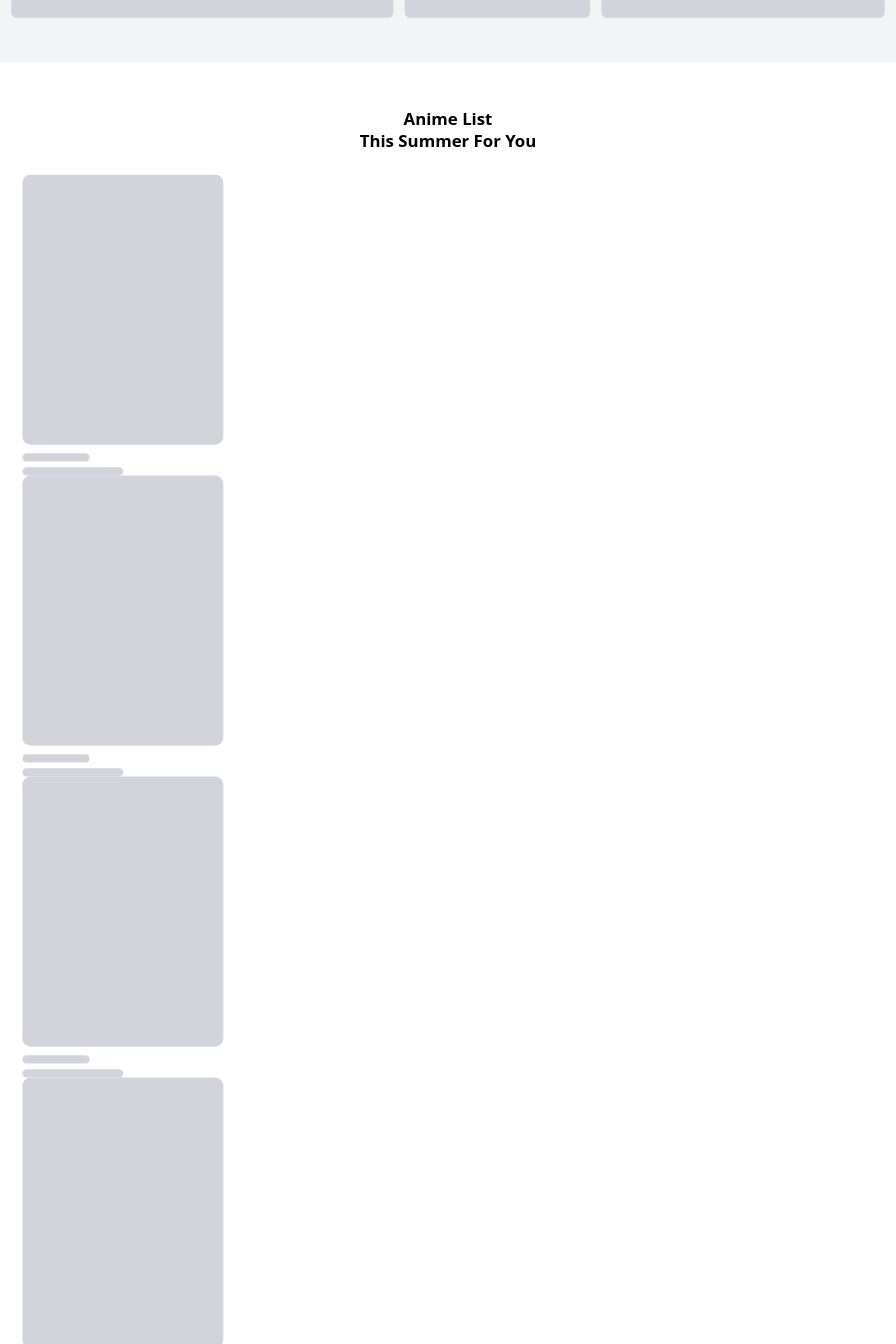
Repository: farrelmuhammad/anime-collections
Page: /
An editor plug-in stored every save of this project. The page is shown before and after the next save, followed by the edit.
The browser window is 1280 px wide. The pictures show the part of the page from y = 758 to 2678 px (the page is 3652 px tall before and 1502 px after), at 70% of full size.
The page's requests for data from a server got no answer. The project was rebuilt for these pictures with package versions that can differ from the ones it lists, and the page was loaded fresh each time. No one was signed in, and anything a server would have sent is missing. Also part of the build but not shown: src/App.css.

Above is the page before, as saved 2023-08-04 00:27:51.

### src/index.tsx
import React from 'react';
import ReactDOM from 'react-dom/client';
import "./assets/css/app.css";
import App from './App';
import reportWebVitals from './reportWebVitals';
import { BrowserRouter } from 'react-router-dom';

const root = ReactDOM.createRoot(
  document.getElementById('root') as HTMLElement
);
root.render(
  <React.StrictMode>
    <BrowserRouter>
      <App />
    </BrowserRouter>
  </React.StrictMode>
);

// If you want to start measuring performance in your app, pass a function
// to log results (for example: reportWebVitals(console.log))
// or send to an analytics endpoint. Learn more: https://bit.ly/CRA-vitals
reportWebVitals();

### src/assets/css/app.css
@import url("https://fonts.googleapis.com/css2?family=Open+Sans:wght@300;400;600&display=swap");
@tailwind base;
@tailwind components;
@tailwind utilities;

/* body {
  background-color: #16181f;
} */

/* utils */

.grid {
  grid-auto-flow: row dense;
  grid-auto-rows: minmax(180px, auto);
}

.stretched-link {
  @apply absolute inset-0 z-10;
}

/* card */

.card .card-shadow {
  @apply transition duration-300 shadow-none h-full;
}

.card:hover .card-shadow {
  @apply shadow-lg;
}

/* overlay */

.overlay {
  @apply absolute;
}

.overlay * {
  @apply transition-all duration-200;
}

.overlay.hoverable > * {
  @apply opacity-0;
}

.overlay.hoverable:hover > * {
  @apply opacity-100;
}

.overlay .video {
  @apply absolute transform bg-blue-200 bg-no-repeat bg-center w-20 h-20 rounded-full items-center justify-center flex -translate-x-1/2 -translate-y-1/2;
  background-image: url("../images/content/icon-play.svg#icon-play");
  top: 50%;
  left: 50%;
}

@media only screen and (max-width: 768px) {
  .hero .hero-image,
  .hero .hero-caption {
    min-height: 90vh;
  }
  .hero .hero-cta {
    @apply w-12 h-12;
    transform: translateX(-75px) translateY(-50%);
    background-size: 37.5%;
  }
}

/* breadcrumb */

ul.breadcrumb {
  @apply flex flex-row items-center text-lg;
}

ul.breadcrumb li:not(:last-child):after {
  content: "/";
  @apply px-4;
}

ul.breadcrumb li:not(:last-child) a {
  @apply font-light;
}

ul.breadcrumb li:last-child a {
  @apply font-semibold;
}

/* slider */

.slider {
  @apply flex my-4 flex-col;
}

.slider .thumbnail {
  @apply w-screen order-last -mx-2 overflow-auto flex pl-4;
}

.slider .thumbnail .item {
  @apply rounded relative rounded-lg mb-4 cursor-pointer;
  width: 106px;
  height: 106px;
}

.slider .thumbnail .item:after {
  content: "";
  @apply transition duration-200 absolute inset-0 bg-black bg-opacity-0 border-2 border-black border-opacity-0 rounded-lg;
}

.slider .thumbnail .item.selected:after {
  content: "";
  @apply bg-opacity-25 border-opacity-100;
}

.slider .preview {
  @apply mb-4 px-4;
  height: 320px;
}

@media only screen and (min-width: 768px) {
  .slider {
    @apply flex-row;
  }
  .slider .thumbnail {
    @apply w-auto order-first block overflow-visible pl-0;
  }
  .slider .preview {
    height: 600px;
    width: 560px;
  }
}

a.cart svg g circle.dot {
  @apply hidden;
}

a.cart.cart-filled svg g circle.dot {
  @apply block;
}

button[disabled] {
  @apply bg-gray-300 hover:bg-gray-300 text-gray-400 hover:text-gray-400 cursor-not-allowed;
}

section:not(.bg-gray-100) + section.sitemap > div {
  @apply border-t;
}

### src/App.tsx
import React from 'react';
import logo from './logo.svg';
import './App.css';
import { Routes, Route } from 'react-router-dom';
import Home from './pages/Home';

function App() {
  return (
    <>
      <Routes>
        <Route path="/" element={<Home />} />
      </Routes>
    </>
  );
}

export default App;

### src/pages/Home.tsx
import React from 'react'
import Header from '../parts/Header'
import Hero from '../parts/Home/Hero'
import Categories from '../parts/Home/Categories'
import AnimeList from '../parts/Home/AnimeList'

const Home = () => {
    return (
        <>
            <Header theme="white" position="absolute" />
            <Hero />
            <Categories />
            <AnimeList />
        </>
    )
}

export default Home

### src/parts/Home/Hero.tsx
import React, { useState, useEffect } from "react";
import axios from "axios";

const Hero: React.FC = () => {
    const [randomImage, setRandomImage] = useState<string | null>(null);

    useEffect(() => {
        fetchRandomAnimeImage();
    }, []);

    const fetchRandomAnimeImage = async () => {
        try {
            const response = await axios.get("https://picsum.photos/800/600");
            console.log(response.request.responseURL);
            setRandomImage(response.request.responseURL);
        } catch (error) {
            console.error("Error fetching random image:", error);
        }
    };

    return (
        <section className="flex items-center hero">
            <div className="w-full absolute z-20 inset-0 md:relative md:w-1/2 text-center flex flex-col justify-center hero-caption">
                <h1 className="text-3xl md:text-5xl leading-tight font-semibold">
                    The Room <br className="" />
                    You've Dreaming
                </h1>
                <h2 className="px-8 text-base md:px-0 md:text-lg my-6 tracking-wide">
                    Kami menyediakan furniture berkelas yang
                    <br className="hidden lg:block" />
                    membuat ruangan terasa homey
                </h2>
                <div>
                    <a
                        href="#browse-the-room"
                        className="bg-red-500 text-black hover:bg-black hover:text-red-400 rounded-full px-8 py-3 mt-4 inline-block flex-none transition duration-200"
                    >
                        Explore Now
                    </a>
                </div>
            </div>
            <div className="w-full inset-0 md:relative md:w-1/2">
                <div className="relative hero-image">
                    <div className="overlay inset-0 bg-black opacity-35 z-10"></div>
                    <div className="overlay right-0 bottom-0 md:inset-0">
                        <button
                            className="video hero-cta focus:outline-none z-30 modal-trigger"
                            data-content='<div class="w-screen pb-56 md:w-88 md:pb-56 relative z-50">
              <div class="absolute w-full h-full">
                <iframe
                  width="100%"
                  height="100%"
                  src="https://www.youtube.com/embed/3h0_v1cdUIA"
                  frameborder="0"
                  allow="accelerometer; autoplay; clipboard-write; encrypted-media; gyroscope; picture-in-picture"
                  allowfullscreen
                ></iframe>
              </div>
            </div>'
                        ></button>
                    </div>
                    {randomImage && ( // Add this condition to render the image only when randomImage is not null
                        <img
                            src={randomImage}
                            alt="hero 1"
                            className="absolute inset-0 md:relative w-full h-full object-cover object-center"
                        />
                    )}
                </div>
            </div>
        </section>
    );
};

export default Hero;

### src/parts/Home/Categories.tsx
import React, { useEffect } from "react";
// import useAsync from "../../helpers/hooks/useAsync";
import fetch from "../../helpers/fetch";

interface Category {
    id: number;
    title: string;
    imageUrl: string;
    products: number;
    ratio: {
        default: string;
        md: string;
    };
}

interface CategoriesProps { }

function Loading({ ratio }: { ratio: any }) {
    const dummy = [
        {
            id: 1,
            ratio: {
                default: "1/9",
                md: "1/4",
            },
        },
        {
            id: 2,
            ratio: {
                default: "1/9",
                md: "2/2",
            },
        },
        {
            id: 3,
            ratio: {
                default: "1/9",
                md: "2/3",
            },
        },
        {
            id: 4,
            ratio: {
                default: "1/9",
                md: "1/4",
            },
        },
    ];

    return (
        <>
            {dummy.map((item, index) => (
                <div
                    key={item.id}
                    className={`relative card ${ratio?.wrapper.default?.[item.ratio.default]
                        } ${ratio?.wrapper.md?.[item.ratio.md]}`}
                    style={{ height: index === 0 ? 180 : "auto" }}
                >
                    <div className="bg-gray-300 rounded-lg w-full h-full">
                        <div className={`overlay  ${ratio?.meta?.[item.ratio.md]}`}>
                            <div className="w-24 h-3 bg-gray-400 mt-3 rounded-full"></div>
                            <div className="w-36 h-3 bg-gray-400 mt-2 rounded-full"></div>
                        </div>
                    </div>
                </div>
            ))}
        </>
    );
}

const Categories: React.FC<CategoriesProps> = () => {
    // const { data, status, error, run, isLoading } = useAsync<{ data: Category[] }>();

    // useEffect(() => {
    //     run(
    //         fetch({
    //             url: "/api/categories/?page=1&limit=4",
    //         })
    //     );
    // }, [run]);

    const ratioClassNames = {
        wrapper: {
            default: {
                "1/9": "col-span-9 row-span-1",
            },
            md: {
                "1/4": "md:col-span-4 md:row-span-1",
                "2/2": "md:col-span-2 md:row-span-2",
                "2/3": "md:col-span-3 md:row-span-2",
            },
        },
        meta: {
            "1/9":
                "left-0 top-0 bottom-0 flex justify-center flex-col pl-48 md:pl-72",
            "1/4":
                "left-0 top-0 bottom-0 flex justify-center flex-col pl-48 md:pl-72",
            "2/2":
                "inset-0 md:bottom-auto flex justify-center md:items-center flex-col pl-48 md:pl-0 pt-0 md:pt-12",
            "2/3":
                "inset-0 md:bottom-auto flex justify-center md:items-center flex-col pl-48 md:pl-0 pt-0 md:pt-12",
        },
    };

    return (
        <section className="flex bg-gray-100 py-16 px-4" id="browse-the-room">
            <div className="container mx-auto">
                <div className="flex flex-start mb-4">
                    <h3 className="text-2xl capitalize font-semibold">
                        Anime Collections <br className="" />
                        that we designed for you
                    </h3>
                </div>
                <div className="grid grid-rows-2 grid-cols-9 gap-4">
                    {/* {isLoading ? (
                    <Loading ratio={ratioClassNames} />
                ) : (
                    data?.data.map((item, index) => {
                        return (
                            <div
                                key={item.id}
                                className={`relative card ${ratioClassNames?.wrapper.default?.[item.ratio.default]
                                    } ${ratioClassNames?.wrapper.md?.[item.ratio.md]}`}
                                style={{ height: index === 0 ? 180 : "auto" }}
                            >
                                <div className="card-shadow rounded-xl">
                                    <img
                                        src={`../../assets/images/content/${item.imageUrl}`}
                                        alt={item.title}
                                        className="w-full h-full object-cover object-center overlay overflow-hidden rounded-xl"
                                    />
                                </div>
                                <div
                                    className={`overlay  ${ratioClassNames?.meta?.[item.ratio.md]
                                        }`}
                                >
                                    <h5 className="text-lg font-semibold">{item.title}</h5>
                                    <span className="">
                                        {item.products} item{item.products > 1 ? "s" : ""}
                                    </span>
                                </div>
                            </div>
                        );
                    })
                )} */}
                    <Loading ratio={ratioClassNames} />
                </div>
            </div>
        </section>
    );
};

export default Categories;

### src/parts/Home/AnimeList.tsx
import React, { useEffect, useRef } from "react";
// import useAsync from "../../helpers/hooks/useAsync";
import fetch from "../../helpers/fetch";
import { Link } from "react-router-dom";
// import Carousel from "../../components/Carousel";

interface Product {
    id: number;
    title: string;
    imageUrl: string;
    price: number;
    idc: number;
}

function Loading() {
    return (
        <>
            {Array(6)
                .fill(null)
                .map((_, index) => {
                    return (
                        <div className="px-4 relative card group" key={index}>
                            <div
                                className="rounded-xl bg-gray-300 overflow-hidden card-shadow relative"
                                style={{ width: "287px", height: "386px" }}
                            ></div>
                            <div className="w-24 h-3 bg-gray-300 mt-3 rounded-full"></div>
                            <div className="w-36 h-3 bg-gray-300 mt-2 rounded-full"></div>
                        </div>
                    );
                })}
        </>
    );
}

const AnimeList: React.FC = () => {
    // const { data, error, run, isLoading } = useAsync<{ data: Product[] }>();

    const refContainer = useRef<HTMLDivElement>(null);

    // useEffect(() => {
    //     run(
    //         fetch({
    //             url: "/api/products/?page=1&limit=10",
    //         })
    //     );
    // }, [run]);

    return (
        <section className="flex flex-col py-16">
            <div className="container mx-auto mb-4">
                <div className="flex justify-center text-center mb-4">
                    <h3 className="text-2xl capitalize font-semibold">
                        Anime List <br className="" />
                        this summer for you
                    </h3>
                </div>
            </div>
            <div className="overflow-x-hidden px-4" id="carousel">
                <div className="container mx-auto" ref={refContainer}></div>
                {/* <!-- <div className="overflow-hidden z-10"> --> */}
                <Loading />

                {/* <div
                    className="flex -mx-4 flex-row relative"
                    style={{
                        paddingLeft:
                            refContainer.current?.getBoundingClientRect()?.left - 16 || 0,
                    }}
                >
                    <Loading />
                </div> */}
                {/* {isLoading ? (
                    <div
                        className="flex -mx-4 flex-row relative"
                        style={{
                            paddingLeft:
                                refContainer.current?.getBoundingClientRect()?.left - 16 || 0,
                        }}
                    >
                        <Loading />
                    </div>
                ) : error ? (
                    JSON.stringify(error)
                ) : data.data.length === 0 ? (
                    "No Product Found"
                ) : (
                    <Carousel refContainer={refContainer}>
                        {data.data.map((item) => {
                            return (
                                <div className="px-4 relative card group" key={item.id}>
                                    <div
                                        className="rounded-xl overflow-hidden card-shadow relative"
                                        style={{ width: "287px", height: "386px" }}
                                    >
                                        <div className="absolute opacity-0 group-hover:opacity-100 transition duration-200 flex items-center justify-center w-full h-full bg-black bg-opacity-35">
                                            <div className="bg-white text-black rounded-full w-16 h-16 flex items-center justify-center">
                                                <svg
                                                    className="fill-current"
                                                    width="43"
                                                    height="24"
                                                    viewBox="0 0 43 24"
                                                    fill="none"
                                                    xmlns="http://www.w3.org/2000/svg"
                                                >
                                                    <path d="M41.6557 10.0065C39.2794 6.95958 36.2012 4.43931 32.7542 2.71834C29.2355 0.961548 25.4501 0.0500333 21.4985 0.00223289C21.3896 -0.000744296 20.9526 -0.000744296 20.8438 0.00223289C16.8923 0.050116 13.1068 0.961548 9.58807 2.71834C6.14106 4.43931 3.06307 6.9595 0.686613 10.0065C-0.228871 11.1802 -0.228871 12.8198 0.686613 13.9935C3.06299 17.0404 6.14106 19.5607 9.58807 21.2817C13.1068 23.0385 16.8922 23.95 20.8438 23.9978C20.9526 24.0007 21.3896 24.0007 21.4985 23.9978C25.45 23.9499 29.2355 23.0385 32.7542 21.2817C36.2012 19.5607 39.2793 17.0405 41.6557 13.9935C42.5712 12.8196 42.5712 11.1802 41.6557 10.0065ZM10.3576 19.7406C7.13892 18.1335 4.26445 15.7799 2.04487 12.9341C1.61591 12.3841 1.61591 11.6159 2.04487 11.0659C4.26436 8.22009 7.13883 5.86646 10.3576 4.25944C11.2717 3.80311 12.2053 3.40846 13.1561 3.07436C10.71 5.27317 9.16886 8.45975 9.16886 12C9.16886 15.5403 10.7101 18.7272 13.1564 20.9259C12.2056 20.5918 11.2718 20.197 10.3576 19.7406ZM21.1712 22.2798C15.5028 22.2798 10.8913 17.6683 10.8913 11.9999C10.8913 6.33148 15.5028 1.72007 21.1712 1.72007C26.8396 1.72007 31.4511 6.33156 31.4511 12C31.4511 17.6684 26.8396 22.2798 21.1712 22.2798ZM40.2976 12.9341C38.0781 15.7798 35.2036 18.1335 31.9849 19.7405C31.0718 20.1963 30.1388 20.5892 29.1892 20.923C31.6336 18.7243 33.1736 15.5387 33.1736 11.9999C33.1736 8.45918 31.6321 5.27218 29.1856 3.07336C30.1366 3.40755 31.0705 3.80269 31.9849 4.25928C35.2036 5.86629 38.0781 8.21993 40.2976 11.0657C40.7265 11.6158 40.7265 12.384 40.2976 12.9341Z" />
                                                    <path d="M21.1712 7.60071C18.7454 7.60071 16.772 9.57417 16.772 11.9999C16.772 14.4257 18.7454 16.3991 21.1712 16.3991C23.5969 16.3991 25.5704 14.4257 25.5704 11.9999C25.5705 9.57417 23.597 7.60071 21.1712 7.60071ZM21.1712 14.6767C19.6952 14.6767 18.4944 13.476 18.4944 11.9999C18.4944 10.5239 19.6951 9.32318 21.1712 9.32318C22.6471 9.32318 23.8479 10.5239 23.8479 11.9999C23.848 13.476 22.6471 14.6767 21.1712 14.6767Z" />
                                                </svg>
                                            </div>
                                        </div>
                                        <img
                                            src={item.imageUrl}
                                            alt=""
                                            className="w-full h-full object-cover object-center"
                                        />
                                    </div>
                                    <h5 className="text-lg font-semibold mt-4">{item.title}</h5>
                                    <span className="">IDR {item.price}</span>
                                    <Link
                                        to={`/categories/${item.idc}/products/${item.id}`}
                                        className="stretched-link"
                                    ></Link>
                                </div>
                            );
                        })}
                    </Carousel>
                )} */}
            </div>
        </section>
    );
};

export default AnimeList;

Loaded but not shown: public/index.html (common file); src/reportWebVitals.ts (common file); tailwind.config.js (common file); src/parts/Header.tsx (132 lines, source omitted)

After the next save:
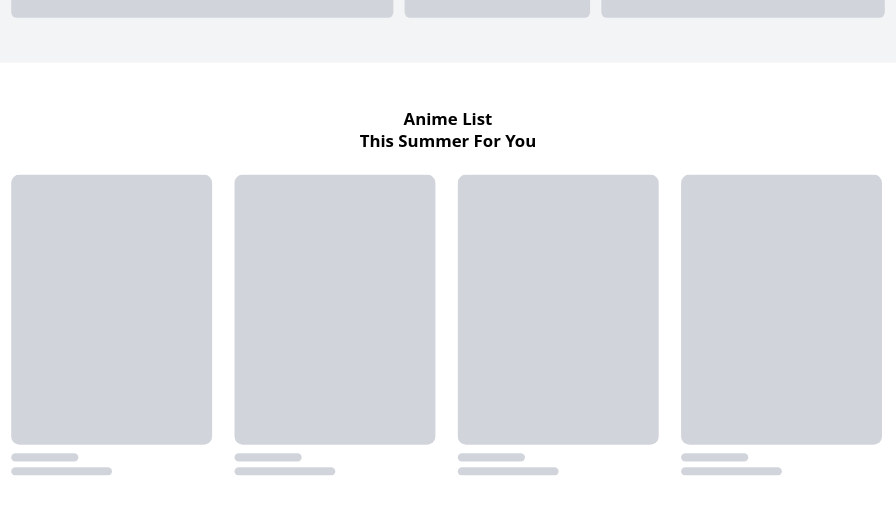
Saved 32 s later.
--- a/src/parts/Home/AnimeList.tsx
+++ b/src/parts/Home/AnimeList.tsx
@@ -59,9 +59,8 @@
             <div className="overflow-x-hidden px-4" id="carousel">
                 <div className="container mx-auto" ref={refContainer}></div>
                 {/* <!-- <div className="overflow-hidden z-10"> --> */}
-                <Loading />
 
-                {/* <div
+                <div
                     className="flex -mx-4 flex-row relative"
                     style={{
                         paddingLeft:
@@ -69,7 +68,7 @@
                     }}
                 >
                     <Loading />
-                </div> */}
+                </div>
                 {/* {isLoading ? (
                     <div
                         className="flex -mx-4 flex-row relative"
